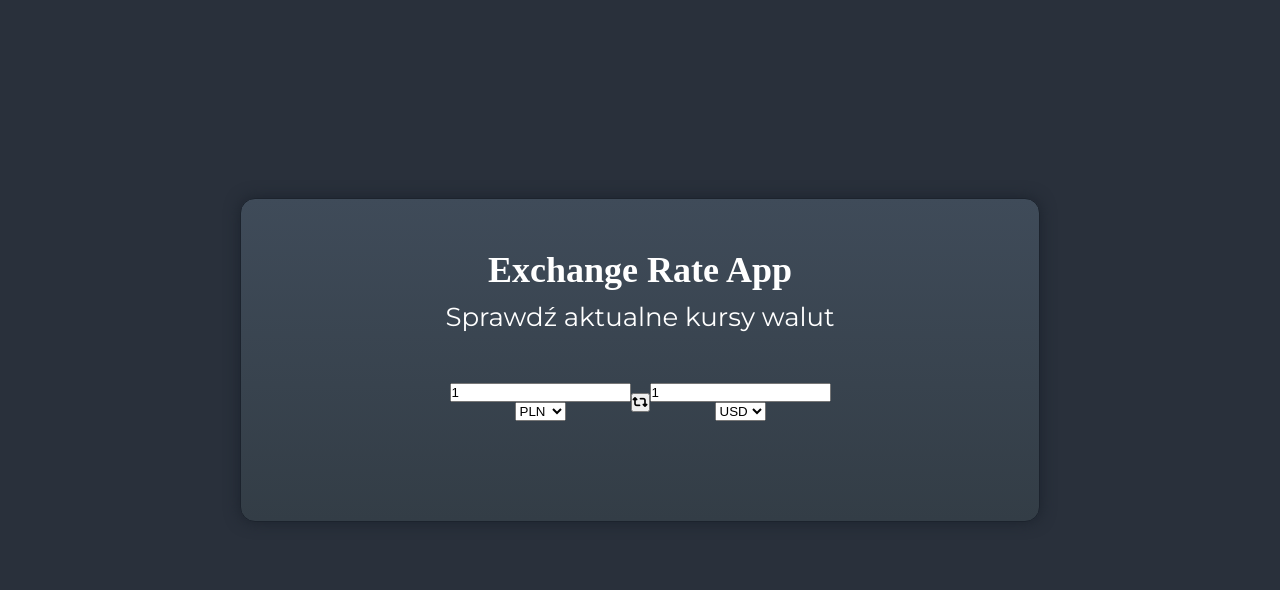
Repository: KrzysKolo/Projekt-6_Kantor
Page: index.html
These files come from the project's save history. The page is drawn as it stood at one moment and after the next save; the edit follows.
The browser window is 1280 px wide. The pictures show the whole page.
Some web fonts or font styles are not loaded; a fallback is used. Some web libraries are served in a nearby version.

Above is the page before, as saved 2020-07-12 06:09:21.

After the next save:
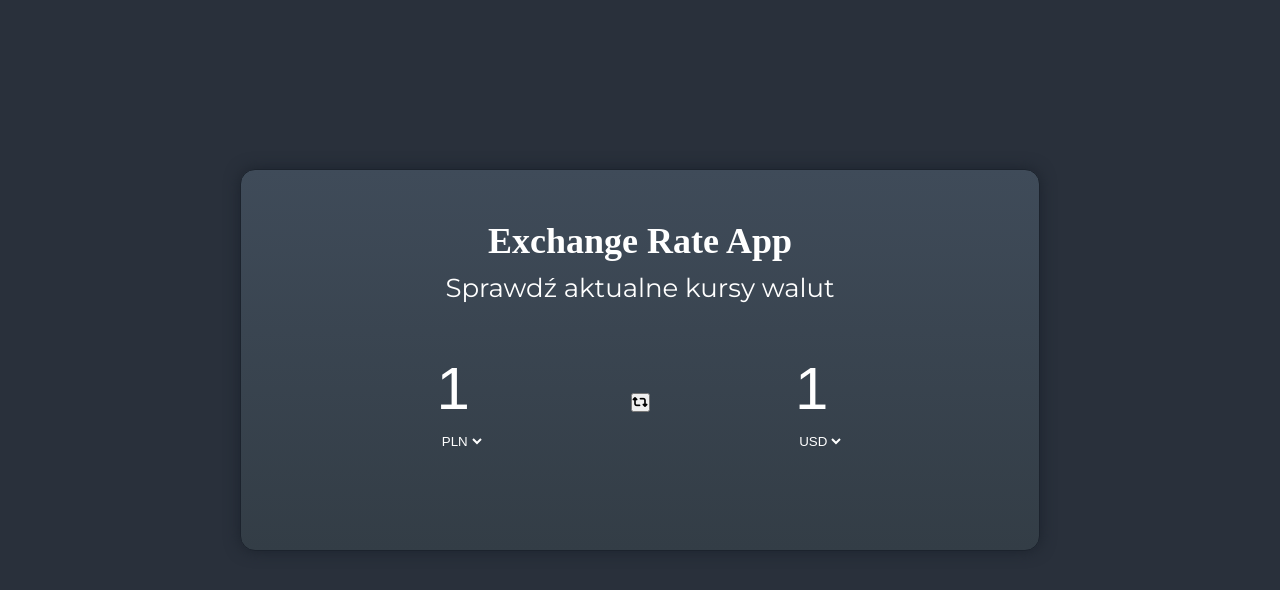
Saved 3 min 20 s later.
--- a/css/style.css
+++ b/css/style.css
@@ -43,3 +43,15 @@ body {
   flex-direction: column;
   align-items: center;
 }
+.app-body input {
+  margin-bottom: 10px;
+  width: 100%;
+  font-size: 60px;
+}
+.app-body input,
+.app-body select {
+  color: #fff;
+  border: none;
+  background: none;
+  text-align: center;
+}
